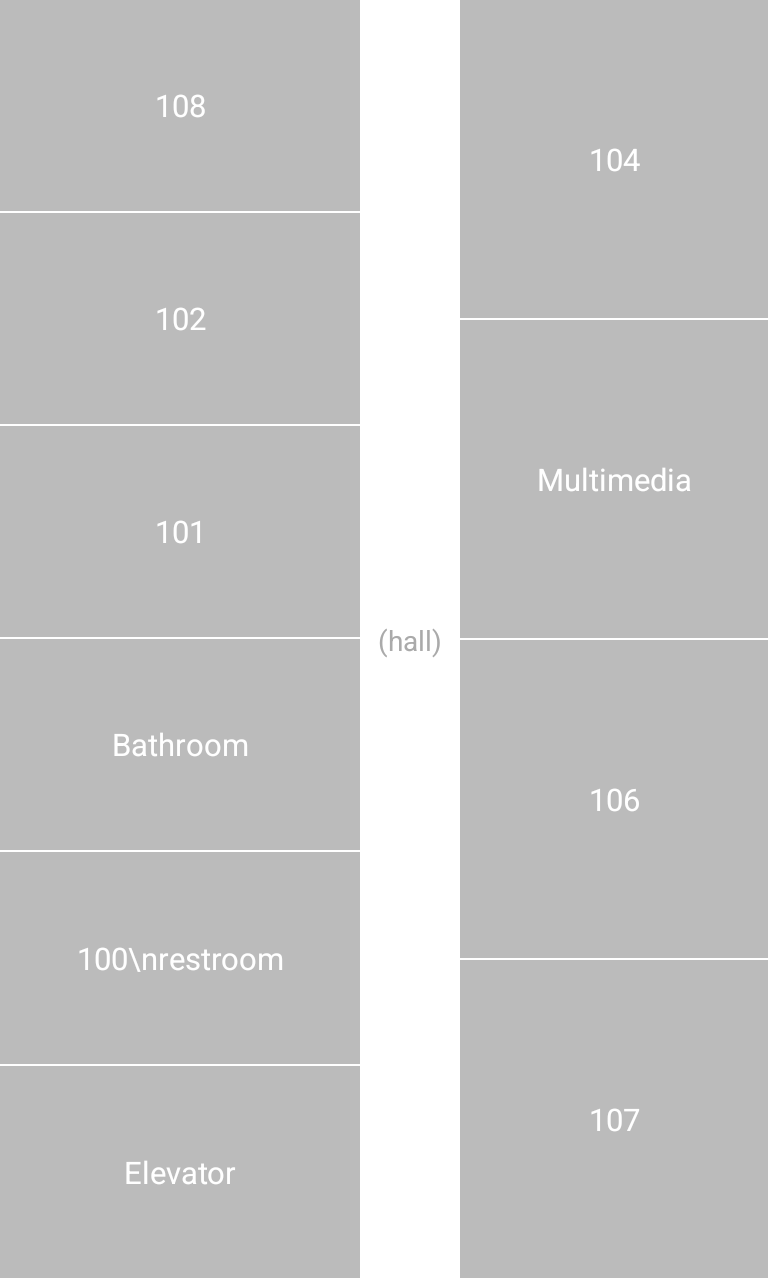
Repository: Choi-HyunWoo/Baddest
Layout: WorkOn_SELLA/workspace/BaddestHansung/res/layout/campus_gonghaka.xml
An editor plug-in stored every save of this project. The layout is shown before and after the next save, followed by the edit.
It is drawn on a 768 x 1280 px phone screen (xhdpi) without system bars, with theme android:Theme.Light.NoTitleBar; the app's code is not run.

Above is the layout before, as saved 2014-05-29 11:59:14.

### WorkOn_SELLA/workspace/BaddestHansung/res/layout/campus_gonghaka.xml
<?xml version="1.0" encoding="utf-8"?>
<LinearLayout  xmlns:android="http://schemas.android.com/apk/res/android"
    android:layout_width="match_parent"
    android:layout_height="match_parent"
    android:orientation="horizontal" >

    <LinearLayout
        android:layout_width="wrap_content"
        android:layout_height="match_parent"
        android:layout_weight="1"
        android:orientation="vertical" >

        <Button
            style="@style/RoomButton"
            android:text="108" />
        <Button
            style="@style/RoomButton"
            android:text="102" />
        <Button
            style="@style/RoomButton"
            android:text="101" />
        <Button
            style="@style/RoomButton"
            android:text="Bathroom" />
        <Button
            style="@style/RoomButton"
            android:text="100\nrestroom" />
        <Button
            style="@style/RoomButton"
            android:text="Elevator" />
    </LinearLayout>

    <TextView
        android:layout_width="50dp"
        android:layout_height="match_parent"
        android:gravity="center"
        android:text="(hall)"
        android:textColor="#AAAAAA" />

    <LinearLayout
        android:layout_width="wrap_content"
        android:layout_height="match_parent"
        android:layout_weight="1"
        android:orientation="vertical" >

        <Button
            style="@style/RoomButton"
            android:text="104" />

        <Button
            style="@style/RoomButton"
            android:text="Multimedia" />

        <Button
            style="@style/RoomButton"
            android:text="106" />

        <Button
            style="@style/RoomButton"
            android:text="107" />
    </LinearLayout>
</LinearLayout>

### WorkOn_SELLA/workspace/BaddestHansung/res/values/styles.xml
<resources xmlns:android="http://schemas.android.com/apk/res/android">

    <!--
        Base application theme, dependent on API level. This theme is replaced
        by AppBaseTheme from res/values-vXX/styles.xml on newer devices.
    -->
    <style name="AppBaseTheme" parent="Theme.AppCompat.Light">
        <!--
            Theme customizations available in newer API levels can go in
            res/values-vXX/styles.xml, while customizations related to
            backward-compatibility can go here.
        -->
    </style>

    <!-- Application theme. -->
    <style name="AppTheme" parent="AppBaseTheme">
        <!-- All customizations that are NOT specific to a particular API-level can go here. -->
    </style>

    <style name="BuildingButton">
        <item name="android:background">@drawable/bt_selector</item>
        <item name="android:textColor">@color/White</item>
        <item name="android:gravity">center</item>
        <item name="android:textSize">6pt</item>
        <item name="android:layout_gravity">fill</item>
        <item name="android:layout_margin">2dp</item>
    </style>
    <style name="MapOthers">
		<item name="android:background">@color/White</item>
        <item name="android:textColor">@color/LightGray</item>
        <item name="android:gravity">center</item>
        <item name="android:textSize">5pt</item>
        <item name="android:layout_gravity">fill</item>
        <item name="android:layout_margin">2dp</item>
    </style>

    <style name="RoomButton">
        <item name="android:background">@drawable/bt_selector</item>
		<item name="android:layout_width">match_parent</item>
        <item name="android:layout_height">wrap_content</item>
        <item name="android:layout_marginBottom">1dp</item>
        <item name="android:layout_weight">1</item>
        <item name="android:gravity">center</item>
        <item name="android:textColor">@color/White</item>
        <item name="android:textSize">7pt</item>
    </style>
    <style name="WhitePlace">
        <item name="android:background">@color/White</item>
		<item name="android:layout_width">match_parent</item>
        <item name="android:layout_height">wrap_content</item>
        <item name="android:layout_marginBottom">1dp</item>
        <item name="android:layout_weight">1</item>
        <item name="android:gravity">center</item>
        <item name="android:textColor">@color/LightGray</item>
        <item name="android:textSize">7pt</item>
    </style>

    <style name="FloorButton">
        <item name="android:background">@color/DarkGray</item>
		<item name="android:layout_width">wrap_content</item>
        <item name="android:layout_height">30dp</item>
        <item name="android:layout_marginRight">1dp</item>
        <item name="android:layout_weight">1</item>
        <item name="android:gravity">center</item>
        <item name="android:textColor">@color/White</item>
        <item name="android:textSize">6pt</item>
    </style>


</resources>

### WorkOn_SELLA/workspace/BaddestHansung/res/drawable-hdpi/bt_selector.xml
<?xml version="1.0" encoding="utf-8"?>
<selector xmlns:android="http://schemas.android.com/apk/res/android" >
    <item android:state_pressed="true"
        android:drawable="@color/MainColor" /> <!-- pressed button color -->
    <item
        android:drawable="@color/LightGray" /> <!-- default button color -->
</selector>

### WorkOn_SELLA/workspace/BaddestHansung/res/values/colors.xml
<?xml version="1.0" encoding="utf-8"?>
<resources>
    <color name="MainColor">#33B5E5</color>
    <color name="DarkSkyblue">#0099CC</color>
    <color name="White">#FFFFFF</color>
    <color name="Black">#000000</color>
    <color name="LightGray">#BBBBBB</color>
    <color name="DarkGray">#999999</color>
</resources>

After the next save:
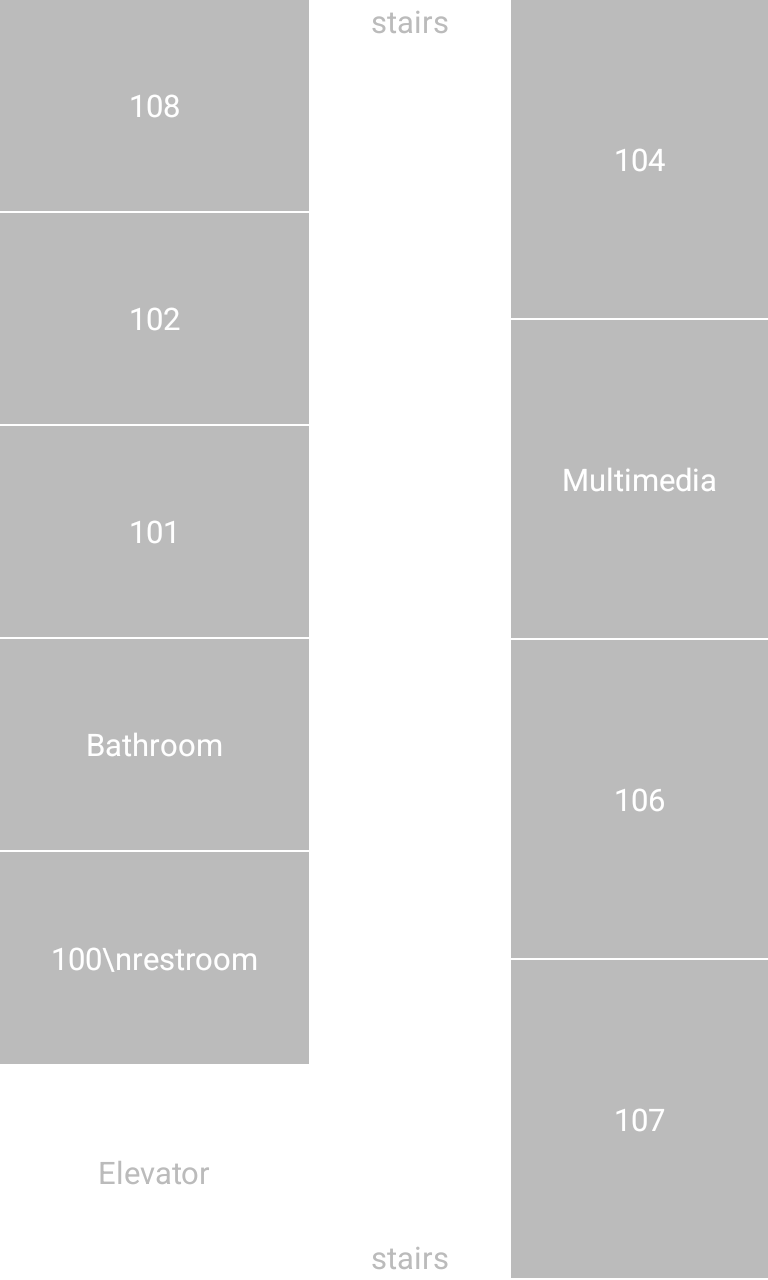
Saved 4 min 33 s later.
--- a/WorkOn_SELLA/workspace/BaddestHansung/res/layout/campus_gonghaka.xml
+++ b/WorkOn_SELLA/workspace/BaddestHansung/res/layout/campus_gonghaka.xml
@@ -26,17 +26,28 @@
             style="@style/RoomButton"
             android:text="100\nrestroom" />
         <Button
-            style="@style/RoomButton"
+            style="@style/WhitePlace"
             android:text="Elevator" />
     </LinearLayout>
 
-    <TextView
-        android:layout_width="50dp"
+    <RelativeLayout
+    	android:layout_width="50dp"
         android:layout_height="match_parent"
-        android:gravity="center"
-        android:text="(hall)"
-        android:textColor="#AAAAAA" />
-
+        android:layout_weight="1"
+        android:orientation="vertical" >
+	    <TextView
+	        android:text="stairs"
+	        style="@style/WhitePlace"
+	        android:layout_width="match_parent"
+	        android:layout_height="wrap_content"
+	        android:layout_alignParentTop="true" />
+	    <TextView
+	        android:text="stairs"
+	        style="@style/WhitePlace"
+	        android:layout_width="match_parent"
+	        android:layout_height="wrap_content"
+	        android:layout_alignParentBottom="true" />
+	</RelativeLayout>
     <LinearLayout
         android:layout_width="wrap_content"
         android:layout_height="match_parent"
